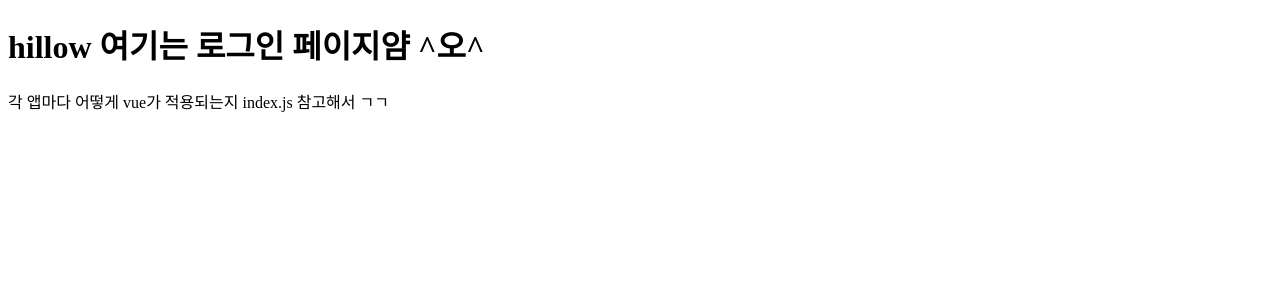
Repository: GEOkettle/SPRING_BLOG
Page: blog/src/main/resources/public/html/main/signIn.html
The author's editor kept a copy of each file at every save. The page is drawn from the files as they stood at one save, then again after the next save.
The browser window is 1280 px wide. The pictures show the whole page.

Above is the page before, as saved 2023-03-31 04:58:16.

After the next save:
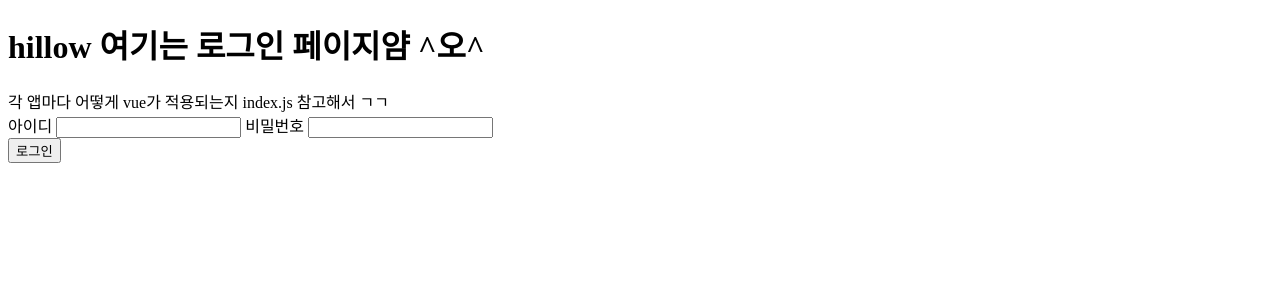
Saved 105 min 8 s later.
--- a/blog/src/main/resources/public/html/main/signIn.html
+++ b/blog/src/main/resources/public/html/main/signIn.html
@@ -15,4 +15,30 @@
 
 <h1>hillow 여기는 로그인 페이지얌 ^오^</h1>
 각 앱마다 어떻게 vue가 적용되는지 index.js 참고해서 ㄱㄱ
+
+<div class="singInFrame">
+<form action="">
+<label for="userId">아이디</label>
+<input type="text" name="userId" id="userId"/>
+<label for="password">비밀번호</label>
+<input type="text" name="password" id="password"/>
+</form>
+<button type="btn-login" onclick="signIn()">로그인</button>
+</div>
+
 </body>
+
+
+<script>
+function signIn( ){
+
+
+}
+
+</script>
+<style>
+
+.signInFrame{
+border: 1px solid aquamarine;
+}
+</style>
